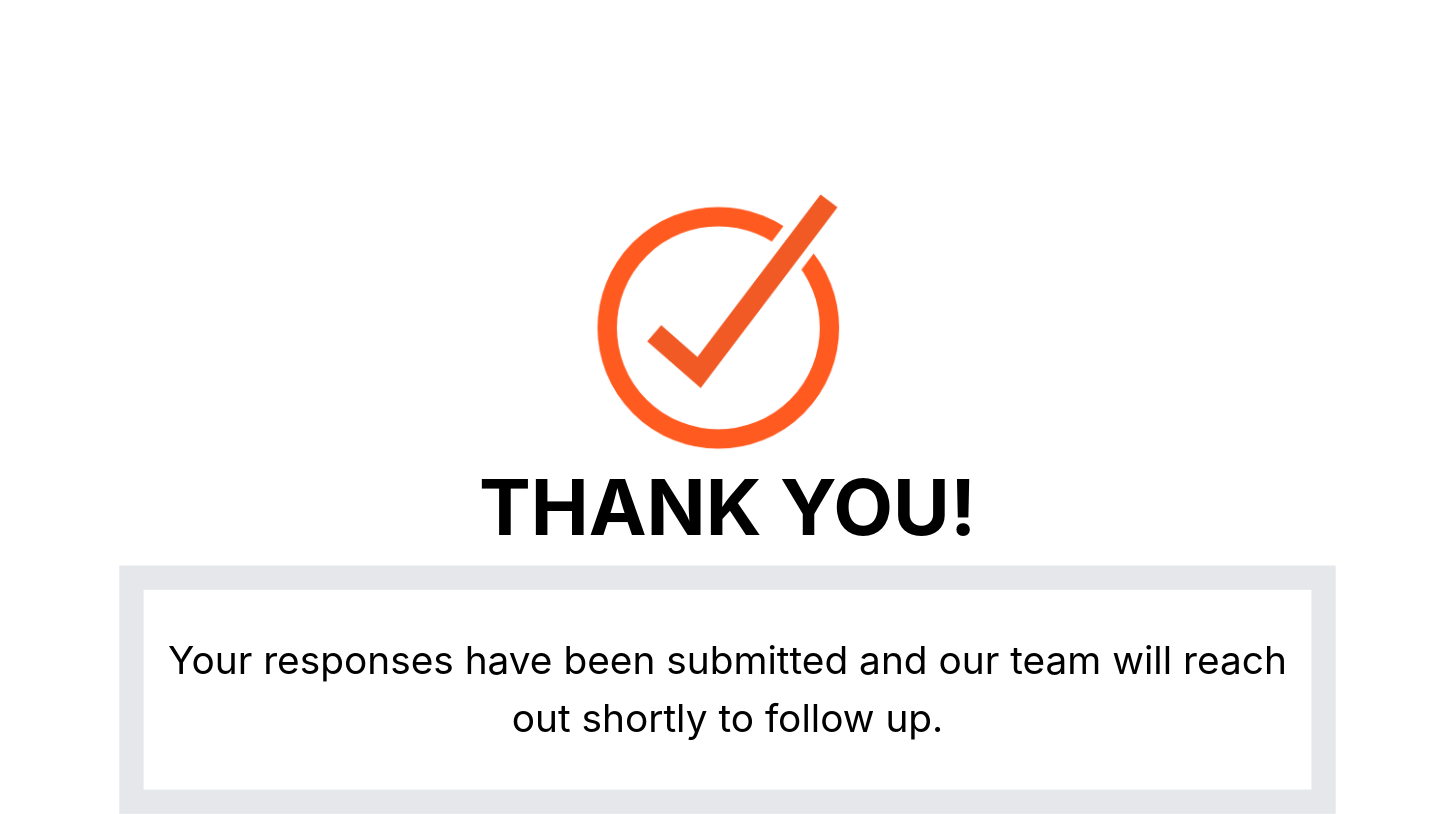
Repository: legenddev1202/whyclicktv
Page: /success
The author's editor kept a copy of each file at every save. The page is drawn from the files as they stood at one save, then again after the next save.
The browser window is 1280 px wide. The page is 1500 px wide, so the pictures cover 1500 px, including what lies to the right of the window. The pictures show the whole page, at 97% of full size.
The project was rebuilt for these pictures with package versions that can differ from the ones it lists, and the page was loaded fresh each time. Also part of the build but not shown: src/App.css, src/pages/home.js, src/pages/about.js, src/pages/contact.js, src/pages/partners.js, src/pages/referral.js.

Above is the page before, as saved 2022-04-27 18:29:52.

### public/index.html
<!DOCTYPE html>
<html lang="en">
  <head>
    <meta charset="utf-8" />
    <link rel="icon" href="%PUBLIC_URL%/favicon.ico" />
    <meta name="viewport" content="width=device-width, initial-scale=1" />
    <meta name="theme-color" content="#000000" />
    <meta name="description" content="why-click" />
    <link rel="apple-touch-icon" href="%PUBLIC_URL%/favicon.ico" />
    <!--
      manifest.json provides metadata used when your web app is installed on a
      user's mobile device or desktop. See https://developers.google.com/web/fundamentals/web-app-manifest/
    -->
    <link rel="manifest" href="%PUBLIC_URL%/manifest.json" />
    <!--
      Notice the use of %PUBLIC_URL% in the tags above.
      It will be replaced with the URL of the `public` folder during the build.
      Only files inside the `public` folder can be referenced from the HTML.

      Unlike "/favicon.ico" or "favicon.ico", "%PUBLIC_URL%/favicon.ico" will
      work correctly both with client-side routing and a non-root public URL.
      Learn how to configure a non-root public URL by running `npm run build`.
    -->
    <title>WhyClick.tv</title>
  </head>
  <body>
    <noscript>WhyClick.tv</noscript>
    <div id="root"></div>
    <!--
      This HTML file is a template.
      If you open it directly in the browser, you will see an empty page.

      You can add webfonts, meta tags, or analytics to this file.
      The build step will place the bundled scripts into the <body> tag.

      To begin the development, run `npm start` or `yarn start`.
      To create a production bundle, use `npm run build` or `yarn build`.
    -->
  </body>
</html>

### src/index.css
@tailwind base;
@tailwind components;
@tailwind utilities;

body {
  margin: 0;
  font-family: -apple-system, BlinkMacSystemFont, "Segoe UI", "Roboto", "Oxygen",
    "Ubuntu", "Cantarell", "Fira Sans", "Droid Sans", "Helvetica Neue",
    sans-serif;
  -webkit-font-smoothing: antialiased;
  -moz-osx-font-smoothing: grayscale;
  height: 100%;
  min-width: 1500px;
}

code {
  font-family: source-code-pro, Menlo, Monaco, Consolas, "Courier New",
    monospace;
}

input::placeholder {
  font-size: 50;
}

input::-moz-placeholder {
  font-size: 50;
}

input::-webkit-input-placeholder {
  font-size: 50;
}

### src/App.js
import { Routes, Route, Link } from "react-router-dom";
import "./App.css";
import Home from "./pages/home";
import About from "./pages/about";
import Contact from "./pages/contact";
import Partners from "./pages/partners";
import Referral from "./pages/referral";
import Success from "./pages/success";

function App() {
  return (
    <Routes>
      <Route path="/" element={<Home />} />
      <Route path="about" element={<About />} />
      <Route path="contact" element={<Contact />} />
      <Route path="partners" element={<Partners />} />
      <Route path="referrel" element={<Referral />} />
      <Route path="success" element={<Success />} />
    </Routes>
  );
}

export default App;

### src/pages/success.js
import React, { useState } from "react";
import { Routes, Route, Link } from "react-router-dom";

function Success() {
  return (
    <div
      className="h-full w-full flex flex-col items-center justify-between bg-white"
      style={{ padding: "192.5px 0px 155px 0px", height: "100vh" }}
    >
      <div style={{ height: "270px" }}>
        <img
          className="logo-icon h-full"
          src="assets/images/logos/success.png"
          alt="logo"
        />
      </div>
      <div style={{ fontSize: 80, fontWeight: "bold" }}>THANK YOU!</div>
      <div
        style={{
          fontSize: 40,
          textAlign: "center",
          padding: "43px 25px",
          borderWidth: 25,
        }}
      >
        Your responses have been submitted and our team will reach
        <br /> out shortly to follow up.
      </div>
    </div>
  );
}

export default Success;

Loaded but not shown: src/index.js (common file); src/reportWebVitals.js (common file); tailwind.config.js (common file)

After the next save:
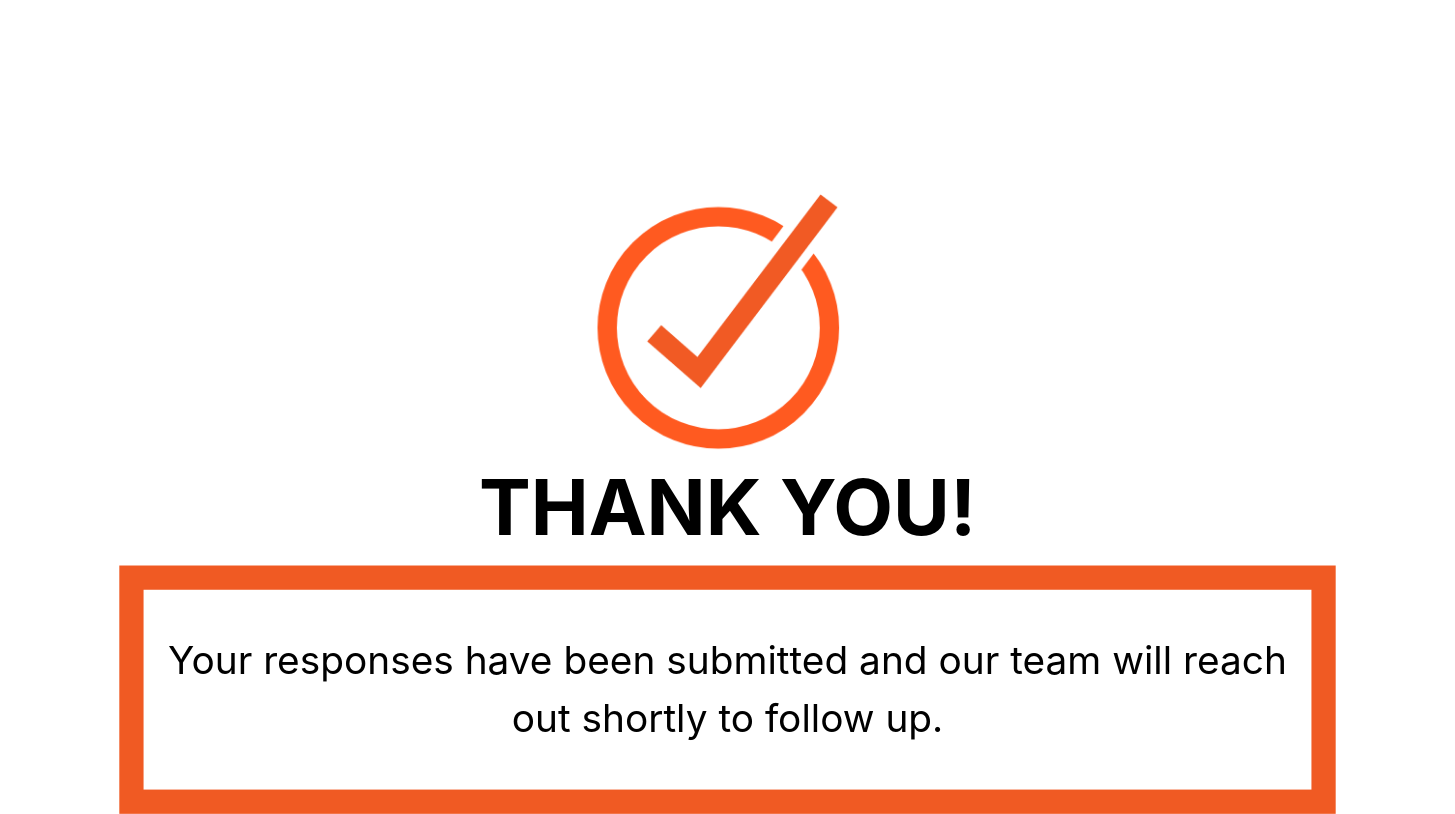
Saved 47 s later.
--- a/src/pages/success.js
+++ b/src/pages/success.js
@@ -21,6 +21,7 @@ function Success() {
           textAlign: "center",
           padding: "43px 25px",
           borderWidth: 25,
+          borderColor: "#F05A23",
         }}
       >
         Your responses have been submitted and our team will reach
